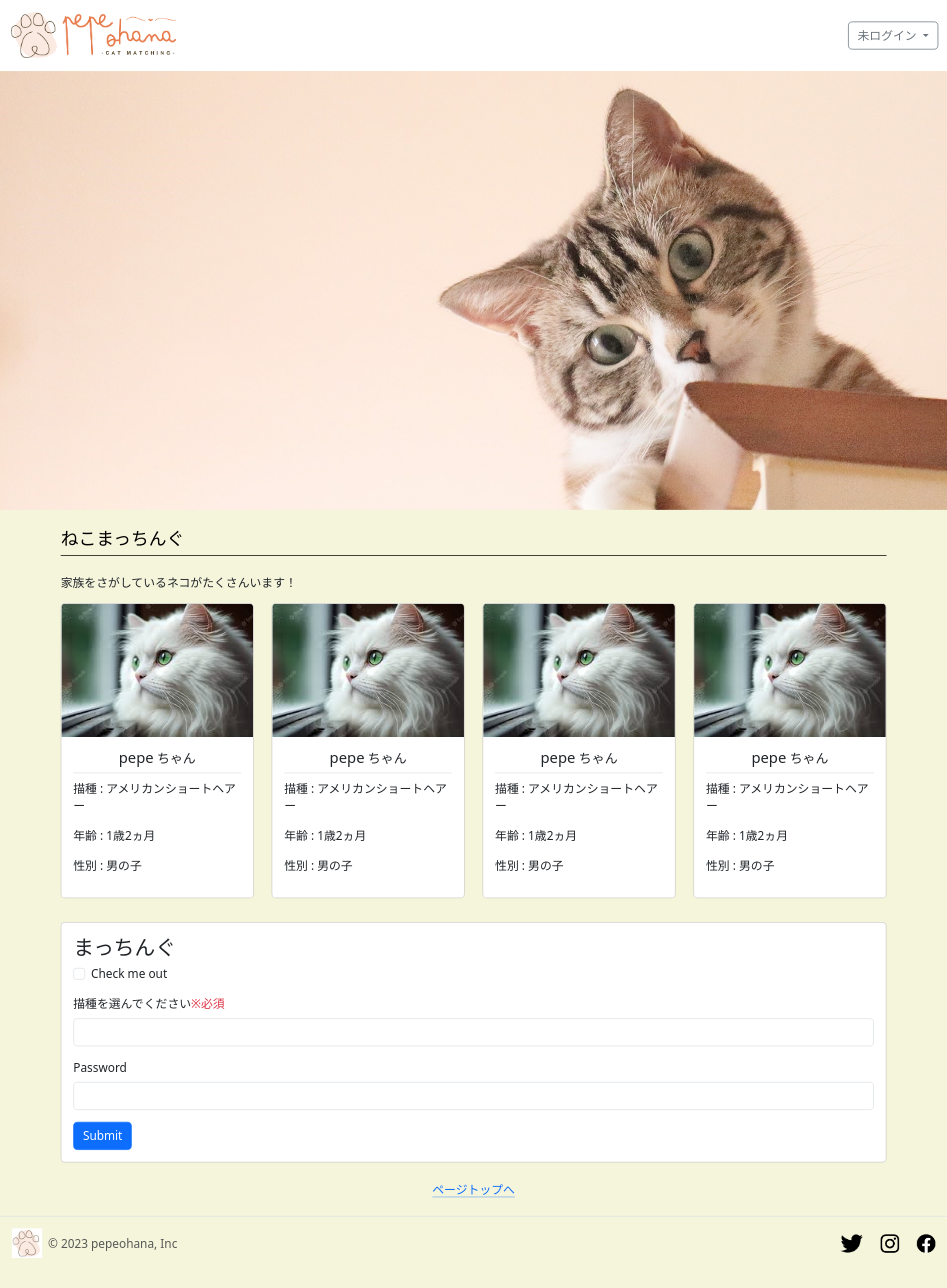
Repository: sakuwell/pepe
Page: http://localhost/PepeOhana/
The author's editor kept a copy of each file at every save. The page is drawn from the files as they stood at one save, then again after the next save.
The browser window is 1280 px wide. The pictures show the whole page, at 74% of full size.
The page is served by Tomcat 9.

Above is the page before, as saved 2023-09-06 05:42:09.

After the next save:
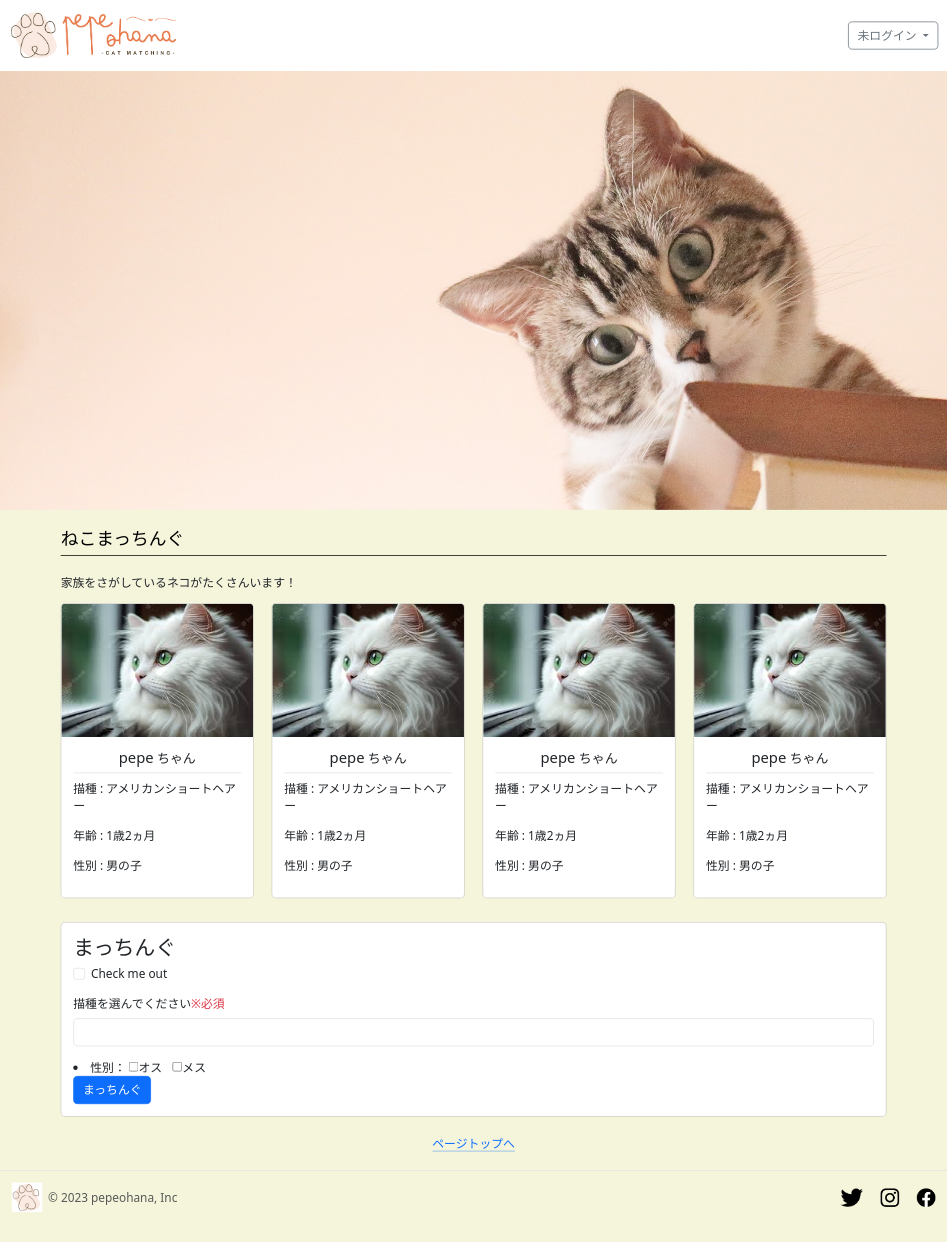
Saved 11 min 34 s later.
--- a/ExWorkSpace/PepeOhana/src/main/webapp/index.jsp
+++ b/ExWorkSpace/PepeOhana/src/main/webapp/index.jsp
@@ -154,11 +154,11 @@
 	 				<label for="exampleInputEmail1" class="form-label">描種を選んでください<span class="text-danger">※必須</span></label>
 	 				<input type="" class="form-control" id="exampleInputEmail1" aria-describedby="emailHelp">
 				</div>
-				<div class="mb-3">
-					<label for="exampleInputPassword1" class="form-label">Password</label>
-	 				<input type="password" class="form-control" id="exampleInputPassword1">
-				</div>
-				<button type="submit" class="btn btn-primary">Submit</button>
+				<li>性別：
+				    <input type="checkbox" name="GENDER" id="GENDER" value="1">オス
+				    <input type="checkbox" name="GENDER" id="GENDER" value="2" style="margin-left: 10px;">メス
+				</li>
+				<button type="submit" class="btn btn-primary">まっちんぐ</button>
 			</form>
 		</div>
 
